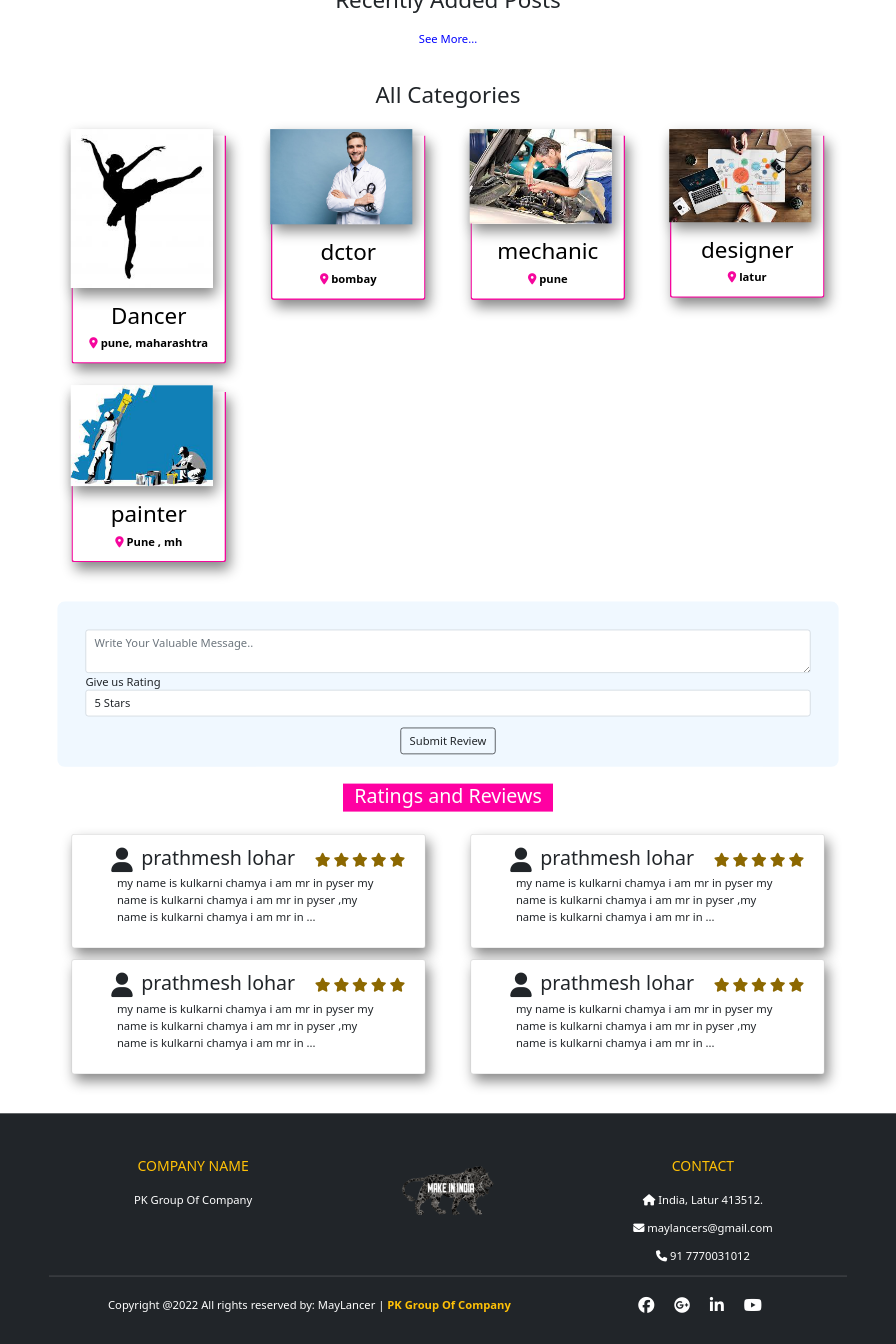
Repository: prathmesh2023/maylancers
Page: http://localhost/
An editor plug-in stored every save of this project. The page is shown before and after the next save, followed by the edit.
The browser window is 1280 px wide. The pictures show the part of the page from y = 899 to 2819 px (the page is 2821 px tall), at 70% of full size.
Some web fonts or font styles are not loaded; a fallback is used. Some web libraries are served in a nearby version. The page is served by the project's application, run on Django 3.2 (manage.py). Other server files are loaded and not shown. The page reads the database file committed with the project. Queries for data that is not in the repository find no rows.

Above is the page before, as saved 2022-02-16 14:56:43.

### templates/home.html
 {% extends "base.html" %} {% block title %} MayLancers {% endblock title %} {% load static %} {% block main %}
<div class="bgc" style=" background-image: url(' {% static 'img/2.gif' %} ');">

    <div class="searchbox container py-5">

        <h2 class="py-4 text-white text-center h1 jone">Find Work Or Workers For Every Field:</h2>

        <form action="/search" method="post" class="form">
            {% csrf_token %}
            <div class="input-group">

                <input required name="text" type="text" class="form-control" aria-label="Text input with dropdown button" placeholder="">
                <div class="input-group-append">
                    <button class="btn primary-bg bt text-white " type="submit"><span class="fa fa-search"> </span> Search</button>

                </div>
            </div>
        </form>


        <div class="container text-center text-white my-4 rounded-0 pj">
            {% comment %} <a href="post_job"><button class="btn primary-bg btn-lg"><span class="fa fa-edit" style=> </span> Post Job</button></a> {% endcomment %}



        </div>


    </div>


</div>
</div>



<!-- cards -->
<!-- <div class="container card_main ">
    <div class="row ">
        <div class="col-md-3 justify-content-center">

            <div class="card  m-0 p-0" style="border: solid 2px #f5069d ; border-top-right-radius: 0px; border-top-left-radius: 0px; border-top: none ;">
                <div class="card-body ">
                    <img src="{% static 'img/card/Painter.jpg' %} " class="img border-0 p-0">
                    <h2 style="margin-top:20px;">
                        Painter
                    </h2>
                    <p class="card-text"><b>Find Painters nearby you</b></p>
                    <a href="#" class="btn sub">  Find </a>
                </div>
            </div>

        </div>


        <div class="col-md-3">

            <div class="card  m-0 p-0" style="border: solid 2px #f5069d ; border-top-right-radius: 0px; border-top-left-radius: 0px; border-top: none ;">
                <div class="card-body ">
                    <img src="{% static 'img/card/mechanic.jpg' %} " class="img border-0 p-0">
                    <h2 style="margin-top:20px;">
                        Mechanic
                    </h2>
                    <p class="card-text"><b>Find Mechanics nearby you</b></p>
                    <a href="#" class="btn sub"> Find </a>
                </div>
            </div>

        </div>



        <div class="col-md-3">

            <div class="card  m-0 p-0" style="border: solid 2px #f5069d ; border-top-right-radius: 0px; border-top-left-radius: 0px; border-top: none ;">
                <div class="card-body ">
                    <img src="{% static 'img/card/designer1.jpg' %} " class="img border-0 p-0">
                    <h2 style="margin-top:20px;">
                        Designer
                    </h2>
                    <p class="card-text"><b>Find Designer nearby you</b></p>
                    <a href="#" class="btn sub"> Find </a>
                </div>
            </div>

        </div>


        <div class="col-md-3">

            <div class="card  m-0 p-0" style="border: solid 2px #f5069d ; border-top-right-radius: 0px; border-top-left-radius: 0px; border-top: none ;">
                <div class="card-body ">
                    <img src="{% static 'img/card/doctor.jpg' %}" class="img border-0 p-0">
                    <h2 style="margin-top:20px;">
                        Doctor
                    </h2>
                    <p class="card-text"><b>Find Doctors nearby you</b></p>
                    <a href="#" class="btn sub"> Find </a>
                </div>
            </div>

        </div>
    </div>
</div> -->

<div class="container-fluid card-main "style=" background: white;">
 <div class="row">


    <div class="col-md-3 text-center  boxed text-white" style="background-color: #ff3001c7; ">
       <a href="/jobs"> <h4 class="h4 my-2"> Hire Freelancer <span class="mx-3 fa fa-arrow-right fa-sm"> </span></h4></a>

    </div>

    <div class="col-md-3 text-center  boxed " style="background-color: white;">
        <a href="/profile"> <h4 class="h4 my-2" style="color: blue;"> Work as Freelancer <span class="mx-3 fa fa-arrow-right fa-sm"> </span></h4></a>

    </div>

    <div class="col-md-3 text-center  boxed text-white" style="background-color: green; ">
        <a href="/post_job"> <h4 class="h4 my-2"> Post a Job <span class="mx-3 fa fa-arrow-right fa-sm"> </span></h4>
</a>
    </div>

    <div class="col-md-3 text-center  boxed text-white" style="background-color: #41464b; ">
        <a href="categories"><h4 class="h4 my-2"> All Categories <span class="mx-3 fa fa-arrow-right fa-sm"> </span></h4>
</a>
    </div>

 </div>

</div>

<style >
    .boxed{
        height: 55px;
        font-family: 'Jockey One';
        padding: 3px;
    }
    a{
        text-decoration: none;
        color: white;
    }
</style>

<!--
<div class="container card_main ">

    <div class="row">
        {% for h in cat %} {% if forloop.counter0|divisibleby:4 %}
    </div><br>
    <div class="row">
        {% endif %}
        <div class="col-md-3 text-center my-2">
            <a href="/category/{{h.title}}" style="text-decoration: none; color:black">
                <div class="card  " style="border: solid 2px #f5069d ; border-top-right-radius: 0px; border-top-left-radius: 0px; border-top: none ;">
                    <div class="card-body ">
                        <img src="{{h.thumbnail.url}} " class="img border-0 p-0">
                        <h2 style="margin-top:20px;">
                            {{h.title}}
                        </h2>
                        <p class="card-text"><b><span class="fa fa-map-marker" style="color:#f5069d"> </span>  {{h.location}}</b></p>

                    </div>
                </div>
            </a>
        </div>
        {% endfor %}
    </div>
</div> -->

<br>

<div class="container text-center">
    <h2 style=" font-family:Concert One';"> How does freelancing work?</h2>
</div>

<div class="container text-center" style="box-shadow: 5px 5px 8px 5px #888888; padding: 25px; font-size: smaller;">
    <p class="list-inline">
        Freelancers accept payment in return for providing some sort of service. That agreement is generally part-time or short term.
        <br>

       For example, if I hired a photographer to take new headshots for me, I could pay a freelancer for that session and that would be the end of it.
       <br>
     Sometimes people pay freelancers to work a set number of hours per week or per month. That arrangement is often referred to as a “retainer.”
     <br>

    A retainer refers to when you retain the services or right to someone’s time. A lot of legal professionals work on retainer. Every month, they bill
    <br>
        a set amount of time to the client, regardless of whether that full time is used or not.
        A retainer refers to when you retain the services or right to someone’s time. A lot of legal professionals work on retainer. Every month, they bill a set amount of time to the client, regardless of

</p>
</div>

<div class="container text-center my-4">
    <h2 style=" font-family:Concert One';"> Recently Added Posts</h2>
</div>


<div class="container rpost">

    <div class="container">
        <div class="col-4">

        </div>
        <div class="col-4">

        </div>

    </div>


    <div class="container my-4  ">

        {% for i in post %}
        <div class="row my-3" style="box-shadow: 5px 5px 8px 5px #888888; padding: 25px;">
            <div class="col imgcol">
                <img src="{{i.thumb.url}}" class="rounded float-left " alt="...">

            </div>
            <div class="col-6">
                <h2>{{i.title}}</h2>
                <p>{{i.desc}}</p>

                <p><span class="fa fa-user"> </span> {{i.user}}</p>
                <button class="btn btn-secondary btn-sm">{{i.cat}}</button>
            </div>
            <div class="col">
                <b><p><span class="fa fa-map-marker"> </span> {{i.loc}}</p></b>

                <b>Amount:</b>
                <br>

                <b>From : Rs. {{i.afrom}} /-</b>
                <br>
                <b>To : Rs. {{i.ato}} /-</b> {% if i.done is True %}

               <button class="btn btn-danger rounded-0 w-100 my-3"> Closed</button>
                {% else %}
                <a href="apply/{{i.title}}/{{i.id}}"> <button class="btn primary-bg text-white rounded-0 w-100 my-3"> Apply</button></a>
                {% endif %}


            </div>
        </div>
        {% endfor %}

    </div>

</div>


<div class="container  mpost ">

{% for i in post %}
<div class="row my-3" style="box-shadow: 5px 5px 8px 5px #888888; padding: 25px;">

    <div class="card-body">

         <img src="{{i.thumb.url}}" class="rounded " alt="thumbnail" style="width: 100%; height: 170px;">
         <h2>{{i.title}}</h2>
         <p>{{i.desc}}</p>
        <div class="row">
            <div class="col">
                         <p><span class="fa fa-user"> </span> {{i.user}}</p>

         <p><span class="fa fa-map-marker"> </span> {{i.loc}}</p>
          <button class="btn btn-secondary btn-sm p-0 p-0" style="margin-top: -8px;">{{i.cat}}</button>



            </div>
            <div class="col">
                                <b>Amount:</b>
                <br>

                <p>From : Rs. {{i.afrom}} /-</p>

                <p>To : Rs. {{i.ato}} /-</p>

            </div>
        </div>


    </div>

    <div class="card-footer">
     {% if i.done is True %}

               <button class="btn btn-danger  rounded-0  w-100 my-3"> Closed</button>
                {% else %}
                <a href="apply/{{i.title}}/{{i.id}}"> <button class="btn primary-bg text-white rounded-0 w-100 my-3"> Apply</button></a>
                {% endif %}
    </div>

</div>

{% endfor %}

</div>

<p class="text-center"><a href="/jobs" style="color: blue;"> See More... </a></p>

<br>


<div class="container text-center my-2">
    <h2 style=" font-family:Concert One';"> All Categories</h2>
</div>


<!-- cards -->

<div class="container card_main " style="margin-top:0px">

    <div class="row">
        {% for h in cat %} {% if forloop.counter0|divisibleby:4 %}
    </div><br>
    <div class="row">
        {% endif %}
        <div class="col-md-3 text-center my-2">
            <a href="/category/{{h.title}}" style="text-decoration: none; color:black">
                <div class="card  " style="border: solid 2px #f5069d ; border-top-right-radius: 0px; border-top-left-radius: 0px; border-top: none ;">
                    <div class="card-body ">
                        <img src="{{h.thumbnail.url}} " class="img border-0 p-0">
                        <h2 style="margin-top:20px;">
                            {{h.title}}
                        </h2>
                        <p class="card-text"><b><span class="fa fa-map-marker" style="color:#f5069d"> </span> {{h.location}}</b></p>

                    </div>
                </div>
            </a>
        </div>
        {% endfor %}
    </div>
</div>

<br>


<div class="container my-4">

    <form class="form-group fmr">
        <textarea class="form-control" placeholder="Write Your Valuable Message.." name="msg"></textarea>
        <input type="hidden" class="form-control" placeholder="" name="user" value="{{user}}">


        <label class="col-md-2 control-label" for="rating">Give us Rating</label>

        <select class="form-control" name="rating" id="rating">
            <option value="5">5 Stars</option>
            <option value="4">4 Stars</option>
            <option value="3">3 Stars</option>
            <option value="2">2 Stars</option>
            <option value="1">1 Stars</option>

        </select>

        <center>
            <button type="submit" class="btn btn-outline-dark my-3">Submit Review</button>
        </center>
    </form>

</div>


<div class="container text-center my-4 cmt">

    <h3 style="">Ratings and Reviews</h3>


</div>

<style>

</style>

<div class="container cmtd">
    <div class="row">
        <div class="col-md-6 my-2">
            <div class="card">
                <div class="card-body">
                    <div class="row">
                        <div class="col-2 ">
                            <span class="fa fa-user"></span>
                        </div>
                        <div class="col-6">
                            <h3>prathmesh lohar</h3>
                        </div>
                        <div class="col-4">
                            <span class="fa fa-star"></span>
                            <span class="fa fa-star"></span>
                            <span class="fa fa-star"></span>
                            <span class="fa fa-star"></span>
                            <span class="fa fa-star"></span>
                        </div>

                    </div>


                    <p class="p mx-5 justify-content">my name is kulkarni chamya i am mr in pyser my name is kulkarni chamya i am mr in pyser ,my name is kulkarni chamya i am mr in ... </p>

                </div>
            </div>
        </div>



        <div class="col-md-6 my-2">
            <div class="card">
                <div class="card-body">
                    <div class="row">
                        <div class="col-2 ">
                            <span class="fa fa-user"></span>
                        </div>
                        <div class="col-6">
                            <h3>prathmesh lohar</h3>
                        </div>
                        <div class="col-4">
                            <span class="fa fa-star"></span>
                            <span class="fa fa-star"></span>
                            <span class="fa fa-star"></span>
                            <span class="fa fa-star"></span>
                            <span class="fa fa-star"></span>
                        </div>

                    </div>


                    <p class="p mx-5 justify-content">my name is kulkarni chamya i am mr in pyser my name is kulkarni chamya i am mr in pyser ,my name is kulkarni chamya i am mr in ... </p>

                </div>
            </div>
        </div>



        <div class="col-md-6 my-2">
            <div class="card">
                <div class="card-body">
                    <div class="row">
                        <div class="col-2 ">
                            <span class="fa fa-user"></span>
                        </div>
                        <div class="col-6">
                            <h3>prathmesh lohar</h3>
                        </div>
                        <div class="col-4">
                            <span class="fa fa-star"></span>
                            <span class="fa fa-star"></span>
                            <span class="fa fa-star"></span>
                            <span class="fa fa-star"></span>
                            <span class="fa fa-star"></span>
                        </div>

                    </div>


                    <p class="p mx-5 justify-content">my name is kulkarni chamya i am mr in pyser my name is kulkarni chamya i am mr in pyser ,my name is kulkarni chamya i am mr in ... </p>

                </div>
            </div>
        </div>



        <div class="col-md-6 my-2">
            <div class="card">
                <div class="card-body">
                    <div class="row">
                        <div class="col-2 ">
                            <span class="fa fa-user"></span>
                        </div>
                        <div class="col-6">
                            <h3>prathmesh lohar</h3>
                        </div>
                        <div class="col-4">
                            <span class="fa fa-star"></span>
                            <span class="fa fa-star"></span>
                            <span class="fa fa-star"></span>
                            <span class="fa fa-star"></span>
                            <span class="fa fa-star"></span>
                        </div>

                    </div>


                    <p class="p mx-5 justify-content">my name is kulkarni chamya i am mr in pyser my name is kulkarni chamya i am mr in pyser ,my name is kulkarni chamya i am mr in ... </p>

                </div>
            </div>
        </div>



    </div>
</div>

<center>
    <a href="#" style="text-decoration: none;"> See More Reviews...</a>
</center>



<div class="container cmtm">



    <div class="row">
        <div class="col-md-6 my-2">
            <div class="card">
                <div class="card-body">

                    <div class="user ">

                        <span class="fa fa-user uml"></span>


                        <span class="h3 mx-3">prathmesh lohar</span>

                    </div>

                    <div class="star mx-5"> <span class="fa fa-star"></span>
                        <span class="fa fa-star"></span>
                        <span class="fa fa-star"></span>
                        <span class="fa fa-star"></span>
                        <span class="fa fa-star"></span>
                    </div>





                    <p class="p mx-5 justify-content">my name is kulkarni chamya i am mr in pyser my name is kulkarni chamya i am mr in pyser ,my name is kulkarni chamya i am mr in ... </p>

                </div>
            </div>
        </div>
</div>
</div>


<style>
    .fa-user {
        font-size: 35px;
        margin-left: 40px;
        margin-top: 3px;
    }

    .uml {
        font: size 10px;
    }

    .cmt {
        color: rgb(255, 255, 255);
        background-color: rgb(255, 0, 162);
        height: 40px;
        width: 300px;
    }

    .fa-star {
        font-size: 20px;
        margin-top: 10px;
        color: #8c6801;
    }

    .btn-outline-dark:hover {
        background-color: #0079ebcb;
    }

    .fmr {
        background-color: aliceblue;
        padding: 40px 40px 2px 40px;
        border-radius: 10px;
    }

   .form-controle {
        background-color: aliceblue;
    }

    .cmtd {
        display: block;
    }

    .cmtm {
        display: none;
    }

    @media screen and (max-width: 600px) {
        .fa-user {
            font-size: 20px;
            margin-left: 50px;
            margin-top: 0px;
        }
        .cmtd {
            display: none;
        }
        .cmtm {
            display: block;
        }
    }
</style>

<br/>


<style>

    .card_main {
    margin-top: 40px;
}

    .mpost{
        display: none;
    }

     @media  screen and (max-width: 900px) {
       .mpost{
        display: block;
    }
    .rpost{
        display: none;
    }
    }
    .rpost img {
        max-width: 90%;
    }

    @media  screen and (max-width: 900px) {
        .imgcol {
            display: none;
        }
    }
</style>




{% endblock main %}

### app1/models.py
from django.db import models

# Create your models here.
from django.contrib.auth.models import User

class profile(models.Model):
    user = models.OneToOneField(User, on_delete=models.CASCADE)
    about = models.CharField(max_length=100)
    dp = models.ImageField('dp', upload_to="app1/img/dp")


class category(models.Model):
    title = models.CharField(max_length=200)
    location = models.CharField(max_length=200)
    thumbnail = models.ImageField('thumbnail', upload_to="app1/img/category")
    desc = models.TextField()


    def __str__(self):
        return self.title


class post(models.Model):

    title = models.CharField(max_length=200)
    loc = models.CharField(max_length=200)
    desc = models.TextField()
    cat = models.CharField(max_length=200)
    thumb = models.ImageField('thumb', upload_to="app1/img/post/thumb")
    afrom = models.IntegerField()
    ato = models.IntegerField()
    user = models.CharField(max_length=200,default="def")
    done = models.BooleanField(default=False)

    def __str__(self):
        return self.title


class proposal(models.Model):

    post = models.ForeignKey("post",  on_delete=models.CASCADE ,default=1)

    text = models.TextField()

    mob = models.CharField(max_length=150)

    user = models.CharField(max_length=150)



    def __str__(self):
        return self.user

### maylancer/urls.py
"""maylancer URL Configuration

The `urlpatterns` list routes URLs to views. For more information please see:
    https://docs.djangoproject.com/en/3.2/topics/http/urls/
Examples:
Function views
    1. Add an import:  from my_app import views
    2. Add a URL to urlpatterns:  path('', views.home, name='home')
Class-based views
    1. Add an import:  from other_app.views import Home
    2. Add a URL to urlpatterns:  path('', Home.as_view(), name='home')
Including another URLconf
    1. Import the include() function: from django.urls import include, path
    2. Add a URL to urlpatterns:  path('blog/', include('blog.urls'))
"""
from django.contrib import admin
from django.urls import path,include

urlpatterns = [
    path('admin/', admin.site.urls),
    path('',include('app1.urls'))
]

### app1/urls.py
from django.contrib import admin
from django.urls import path
from app1 import views

from django.conf import settings
from django.conf.urls.static import static

urlpatterns = [
    path("", views.home , name="home"),
    path("login", views.login, name="login"),
    path("logout", views.logout,name="logout"),
    path("profile", views.profile, name="profile"),
    path("register", views.register, name="register"),
    path("post_job", views.post_job, name="post_job"),
    path("apply/<str:title>/<int:id>", views.apply, name="apply"),
    path("proposal", views.proposal, name="proposal"),
    path("category/<str:title>", views.category, name="category"),
    path("search", views.search,name="search"),
    path("categories", views.categories, name="categories"),
    path('jobs', views.jobs, name="jobs"),

    path("success", views.success, name="success"),


]+ static(settings.MEDIA_URL, document_root=settings.MEDIA_ROOT)

### db.sqlite3 (the tables this page reads, as SQL)
CREATE TABLE "app1_category" ("id" integer NOT NULL PRIMARY KEY AUTOINCREMENT, "title" varchar(200) NOT NULL, "location" varchar(200) NOT NULL, "desc" text NOT NULL, "thumbnail" varchar(100) NULL);
INSERT INTO "app1_category" VALUES
(1, 'painter', 'Pune , mh', 'painter', 'app1/img/category/painter_LAaJ8Te.jpg'),
(2, 'designer', 'latur', 'designer', 'app1/img/category/designer1.jpg'),
(3, 'mechanic', 'pune', 'mechanic', 'app1/img/category/mechanic.jpg'),
(4, 'dctor', 'bombay', 'dector', 'app1/img/category/doctor.jpg'),
(6, 'Dancer', 'pune, maharashtra', 'I want a Bar dancer', 'app1/img/category/download.jpg');

Loaded but not shown: static/bootstrap-5/css/bootstrap.min.css (library); templates/base.html (422 lines, source omitted); app1/views.py (226 lines, source omitted); static/css/main.css (181 lines, source omitted)

After the next save:
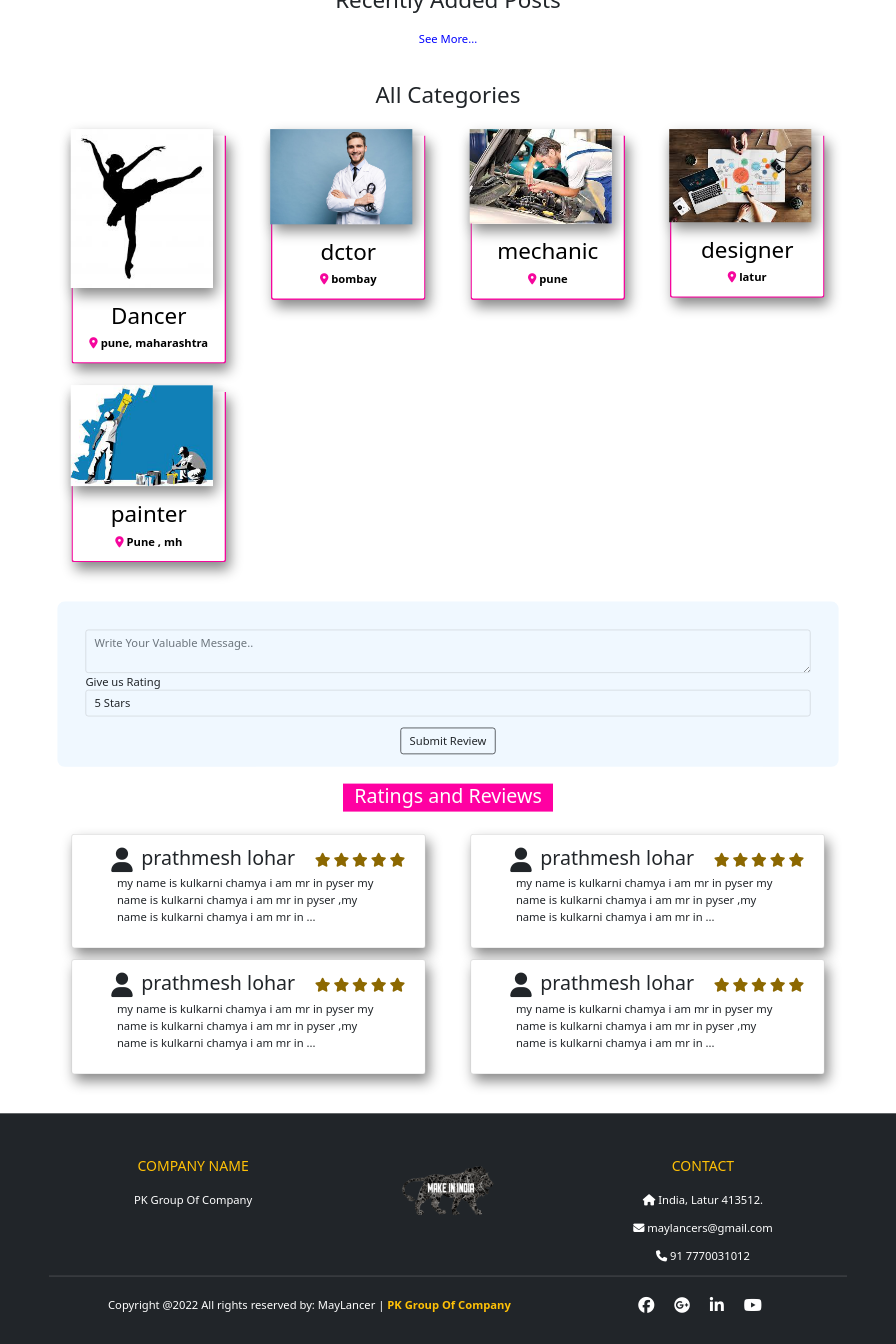
Saved 7 s later.
--- a/templates/home.html
+++ b/templates/home.html
@@ -576,7 +576,7 @@
         border-radius: 10px;
     }
 
-   .form-controle {
+   .form-control {
         background-color: aliceblue;
     }
 
